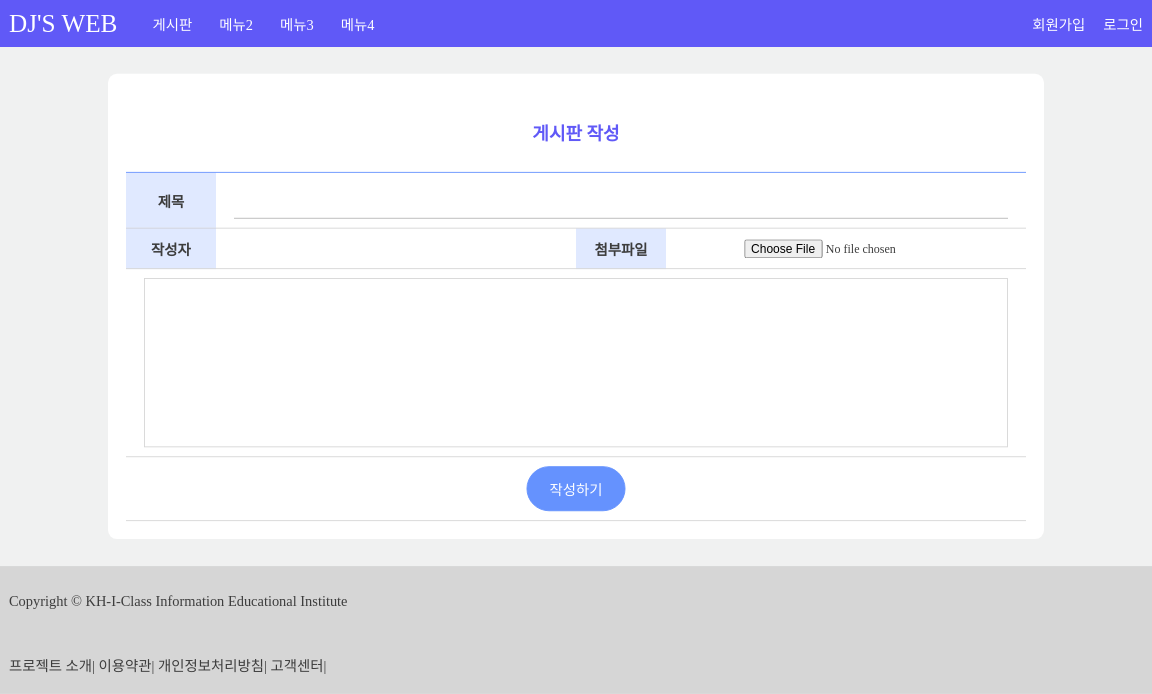
Repository: Godzilla-Man/codingStudy
Page: http://localhost/server_06_notice/WEB-INF/views/notice/editorFrm.jsp
The author's editor kept a copy of each file at every save. The page is drawn from the files as they stood at one save, then again after the next save.
The browser window is 1280 px wide. The pictures show the whole page, at 90% of full size.
Some web fonts or font styles are not loaded; a fallback is used. The page is served by Tomcat 9. Nobody is signed in. The template is opened directly, without the code that normally fills it, so the values that code supplies are empty.

Above is the page before, as saved 2025-05-13 03:33:02.
Console error: SyntaxError: Invalid or unexpected token

After the next save:
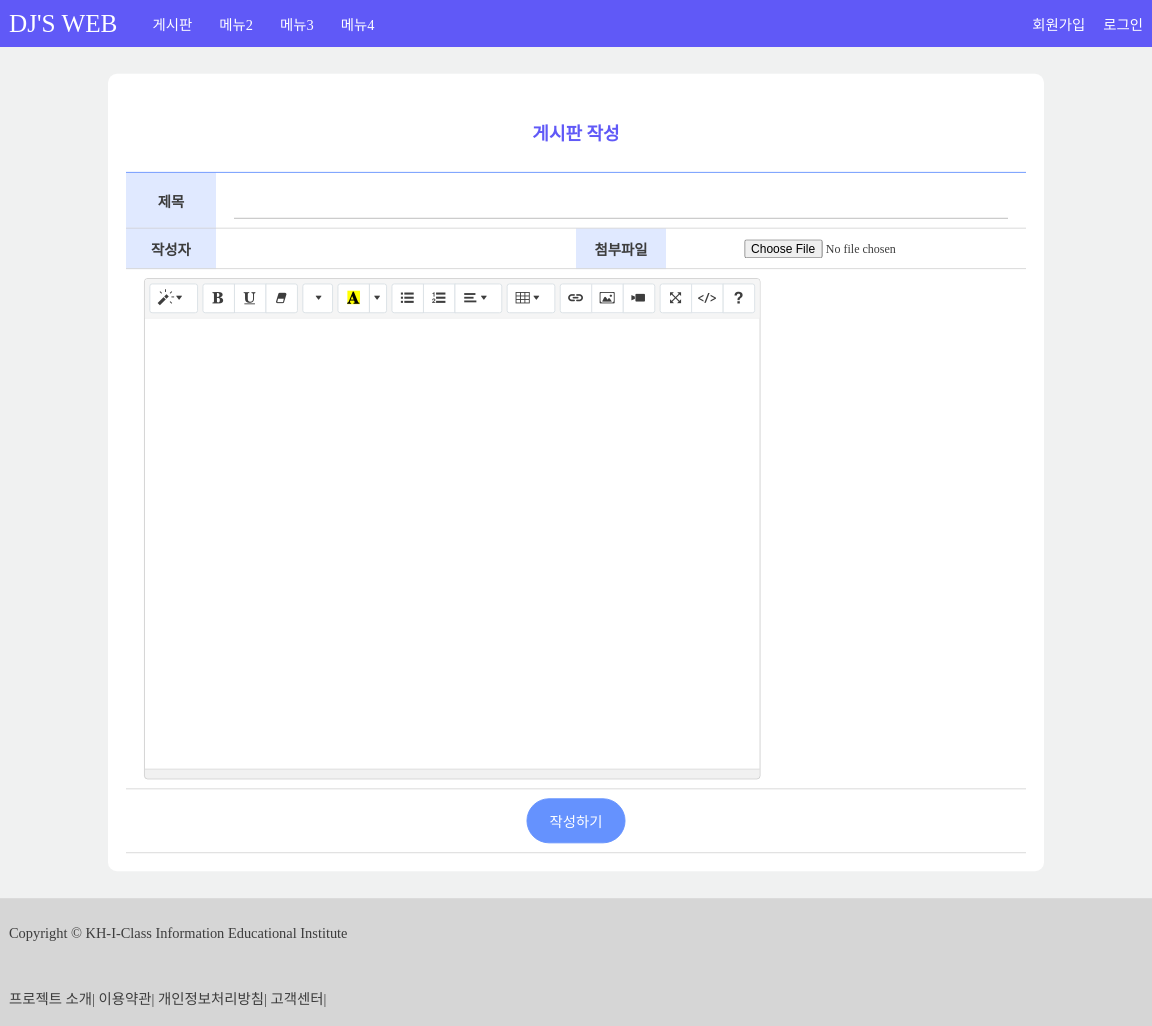
The error is gone.
Saved 15 s later.
--- a/server_06_notice/src/main/webapp/WEB-INF/views/notice/editorFrm.jsp
+++ b/server_06_notice/src/main/webapp/WEB-INF/views/notice/editorFrm.jsp
@@ -76,7 +76,7 @@
 	<link rel="stylesheet" href="/resources/summernote/summernote-lite.css">
 	<script>
 		$('#noticeContent').summernote({
-			hegiht : 500px,
+			height : 500,
 			lang : "ko-KR",
 			disableResize : true,
 			disableResizeEditor : true,
